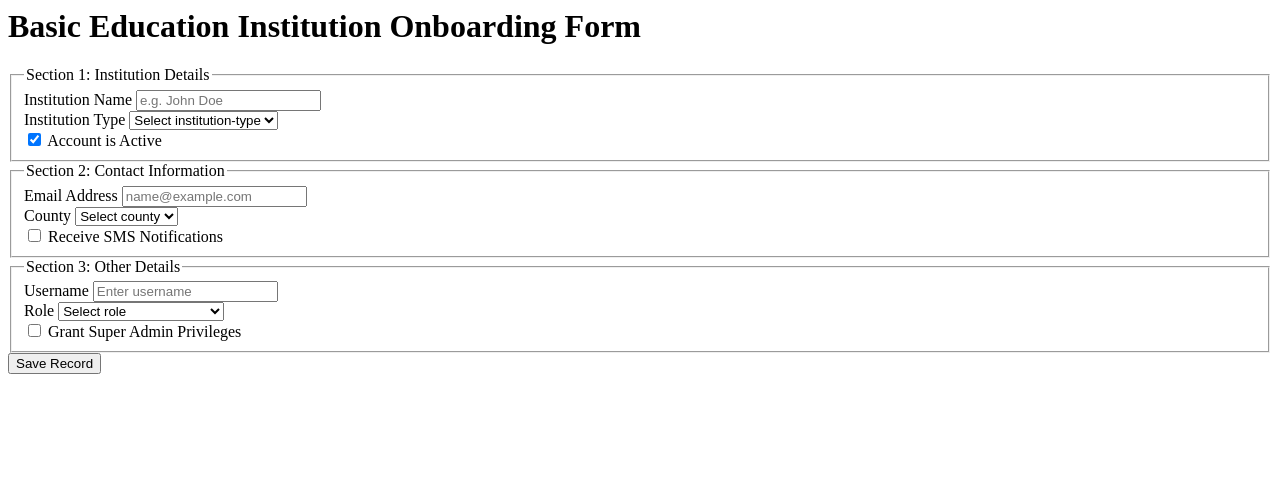
Repository: ndirituart/KEMIS
Page: angular-client/src/app/pages/basic-education/basic-education.html
The author's editor kept a copy of each file at every save. The page is drawn from the files as they stood at one save, then again after the next save.
The browser window is 1280 px wide. The pictures show the whole page.

Above is the page before, as saved 2026-10-19 17:39:36.

After the next save:
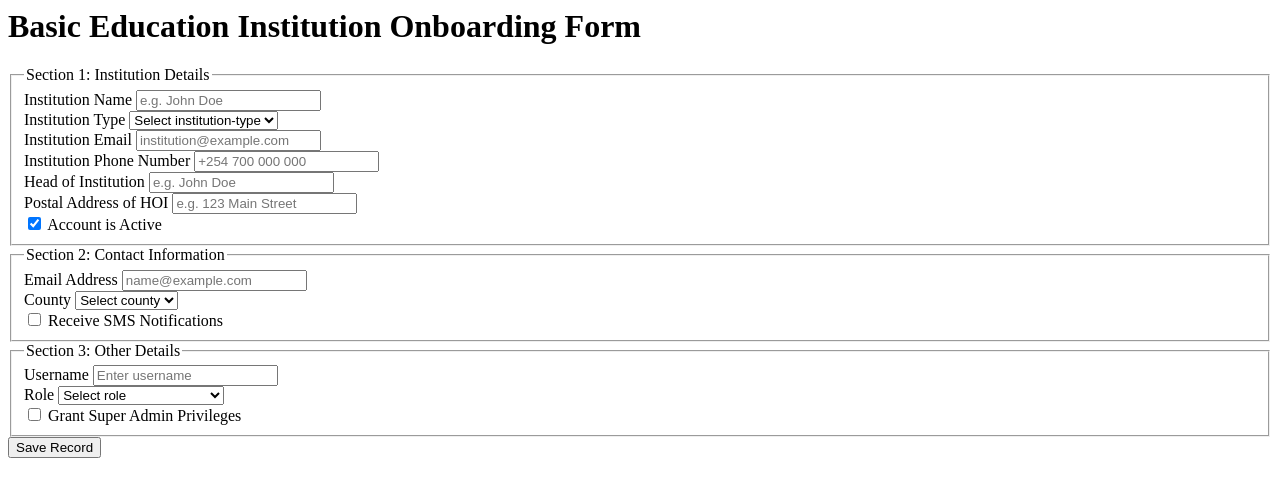
Saved 4 min 10 s later.
--- a/angular-client/src/app/pages/basic-education/basic-education.html
+++ b/angular-client/src/app/pages/basic-education/basic-education.html
@@ -25,6 +25,34 @@
         </select>
       </div>
 
+       <div class="row g-3">
+      <!-- Institution Email -->
+      <div class="col-md-6">
+        <label for="emailId" class="form-label fw-semibold">Institution Email</label>
+        <input type="email" class="form-control" id="emailId" name="emailId" placeholder="institution@example.com" required>
+      </div>
+
+      <!-- Institution Phone Number -->
+      <div class="col-md-6">
+        <label for="phoneNumber" class="form-label fw-semibold">Institution Phone Number</label>
+        <input type="tel" class="form-control" id="phoneNumber" name="phoneNumber" placeholder="+254 700 000 000" required>
+      </div>
+
+       <div class="row g-3">
+      <!-- Head of Institution -->
+      <div class="col-md-6">
+        <label for="headOfInstitution" class="form-label fw-semibold">Head of Institution</label>
+        <input type="text" class="form-control" id="headOfInstitution" name="headOfInstitution" placeholder="e.g. John Doe" required>
+      </div>
+
+       <div class="row g-3">
+      <!-- Postal Address of HOI -->
+      <div class="col-md-6">
+        <label for="postalAddressHoi" class="form-label fw-semibold">Postal Address of HOI</label>
+        <input type="text" class="form-control" id="postalAddressHoi" name="postalAddressHoi" placeholder="e.g. 123 Main Street" required>
+      </div>
+
+
       <!-- Boolean Toggle (Switch) -->
       <div class="col-12 mt-3">
         <div class="form-check form-switch">
@@ -32,6 +60,7 @@
           <label class="form-check-label fw-semibold" for="isActive">Account is Active</label>
         </div>
       </div>
+    </div>
     </div>
   </fieldset>
 
